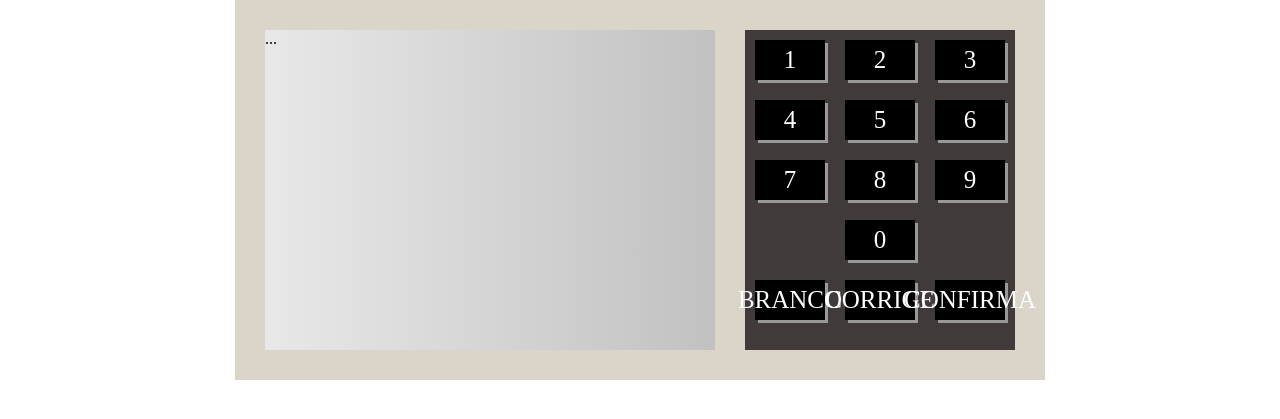
Repository: ThiagoIturra/urnaJs
Page: index.html
An editor plug-in stored every save of this project. The page is shown before and after the next save, followed by the edit.
The browser window is 1280 px wide. The pictures show the whole page.

Above is the page before, as saved 2022-01-05 16:03:40.

After the next save:
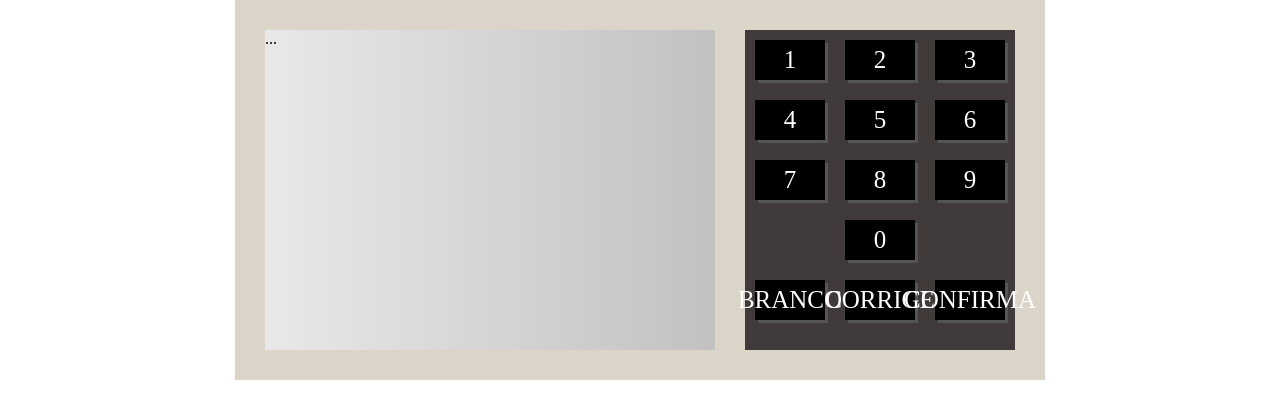
Saved 21 s later.
--- a/style.css
+++ b/style.css
@@ -38,5 +38,5 @@ body {
     align-items: center;
     margin: 10px;
     cursor: pointer;
-    box-shadow: 3px 3px 0px #999;
+    box-shadow: 3px 3px 0px #555;
 }
